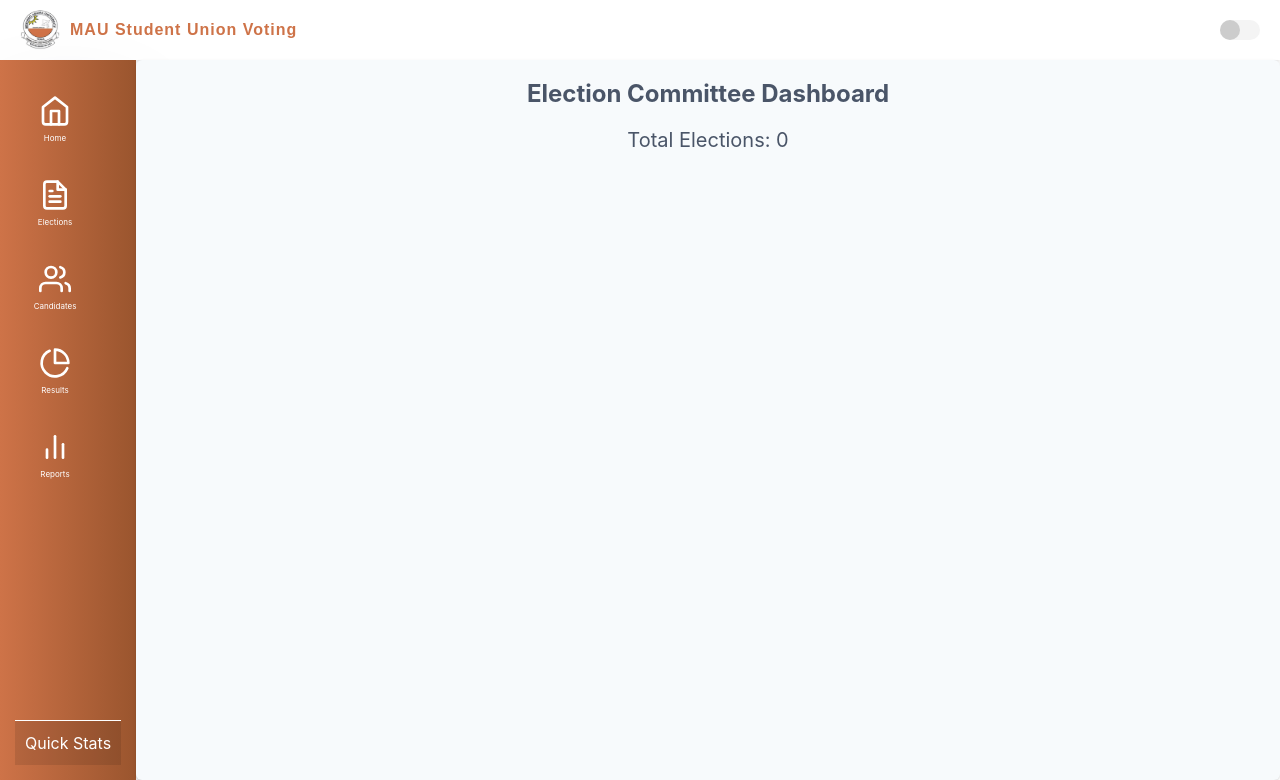
Repository: joena1o/e-vote
Page: /ElectionCommittee-dashboard
An editor plug-in stored every save of this project. The page is shown before and after the next save, followed by the edit.
The browser window is 1280 px wide. The pictures show the whole page.
The project was rebuilt for these pictures with package versions that can differ from the ones it lists, and the page was loaded fresh each time. Also part of the build but not shown: src/components/EnhancedLogin.js, src/components/maincontent/RegisterStudents/ManageStudents.js, src/components/maincontent/RegisterStudents/RegisterStudents.js, src/components/maincontent/RegisterStudents/StudentManagement.js, src/components/maincontent/ElectionResults/ViewResults.js, src/components/maincontent/ElectionResults/report.js, src/components/maincontent/ElectionResults/ViewElectionResults.js, src/components/maincontent/Settings/Settings.js and 21 more.

Above is the page before, as saved 2023-11-01 23:02:34.

After the next save:
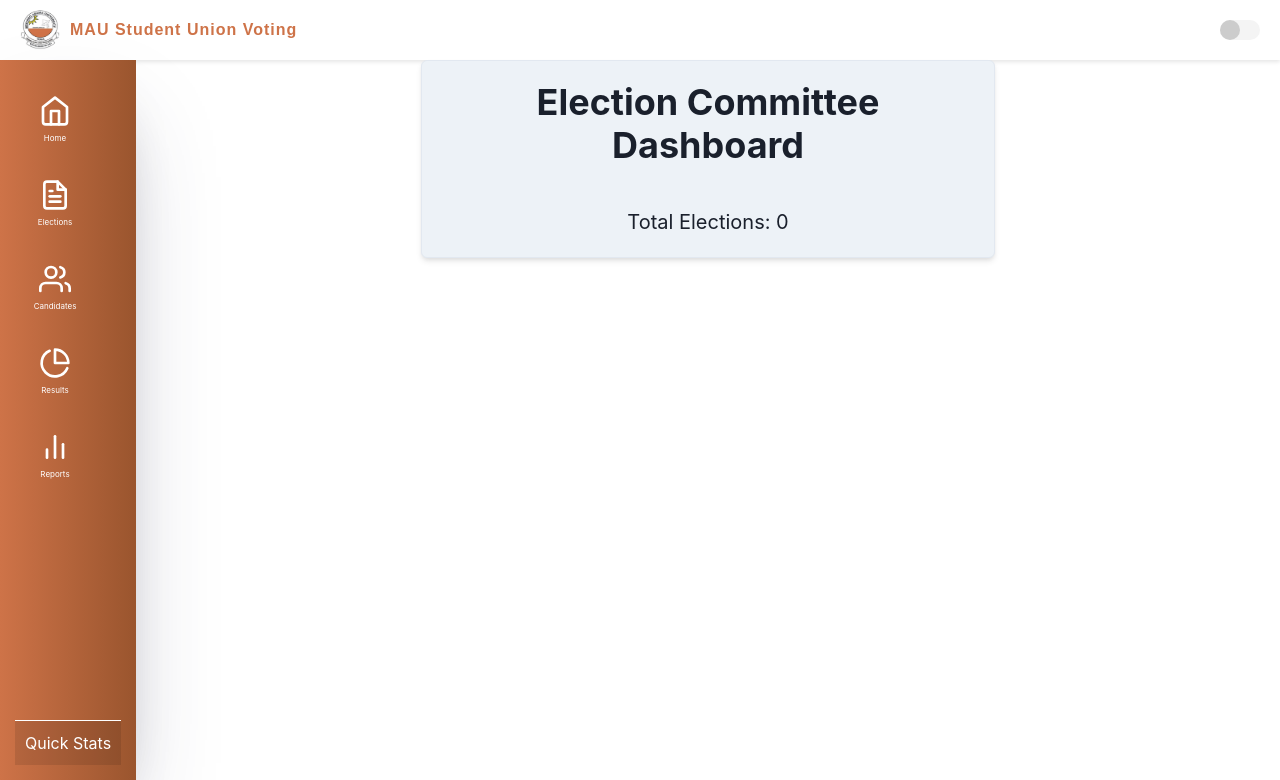
Saved 3 min 21 s later.
--- a/src/components/maincontent/home/ElectionCommitteeHome.js
+++ b/src/components/maincontent/home/ElectionCommitteeHome.js
@@ -1,17 +1,27 @@
 import React from 'react';
-import { Box, VStack, Heading, Text, CircularProgress, useColorModeValue, Alert, AlertIcon } from '@chakra-ui/react';
+import {
+  Box,
+  VStack,
+  Heading,
+  Text,
+  CircularProgress,
+  Container,
+  useColorModeValue,
+  Alert,
+  AlertIcon,
+} from '@chakra-ui/react';
 import { useElectionsData } from '../../../hooks/useElectionsData';
 
 function ElectionCommitteeHome() {
   const { data, isLoading, error } = useElectionsData();
-  const bgColor = useColorModeValue('gray.50', 'gray.800');
-  const textColor = useColorModeValue('gray.600', 'gray.200');
+  const bgColor = useColorModeValue('gray.100', 'gray.700');
+  const textColor = useColorModeValue('gray.800', 'white');
 
   if (isLoading) {
     return (
-      <Box textAlign="center" py={10}>
+      <Container centerContent>
         <CircularProgress isIndeterminate color="green.300" />
-      </Box>
+      </Container>
     );
   }
 
@@ -19,21 +29,32 @@ function ElectionCommitteeHome() {
     return (
       <Alert status="error">
         <AlertIcon />
-        {error.message}
+        There was an error processing your request: {error.message}
       </Alert>
     );
   }
 
   return (
-    <Box bg={bgColor} p={5} borderRadius="md" boxShadow="base" flex="1" textAlign="center" w="full">
-      <VStack spacing={4} justify="center" align="center">
-        <Heading fontSize="2xl" color={textColor}>Election Committee Dashboard</Heading>
-        <VStack spacing={2}>
-          <Text fontSize="xl" color={textColor}>Total Elections: {data?.length || 0}</Text>
-          {/* You can add more statistics here */}
+    <Container centerContent>
+      <Box
+        p={5}
+        shadow="md"
+        borderWidth="1px"
+        borderRadius="md"
+        bg={bgColor}
+        w="full"
+        maxW="container.md"
+        textAlign="center"
+      >
+        <VStack spacing={4}>
+          <Heading mb={6} color={textColor}>Election Committee Dashboard</Heading>
+          <Text fontSize="xl" color={textColor}>
+            Total Elections: {data?.length || 0}
+          </Text>
+          {/* You can add more statistics or components here */}
         </VStack>
-      </VStack>
-    </Box>
+      </Box>
+    </Container>
   );
 }
 
